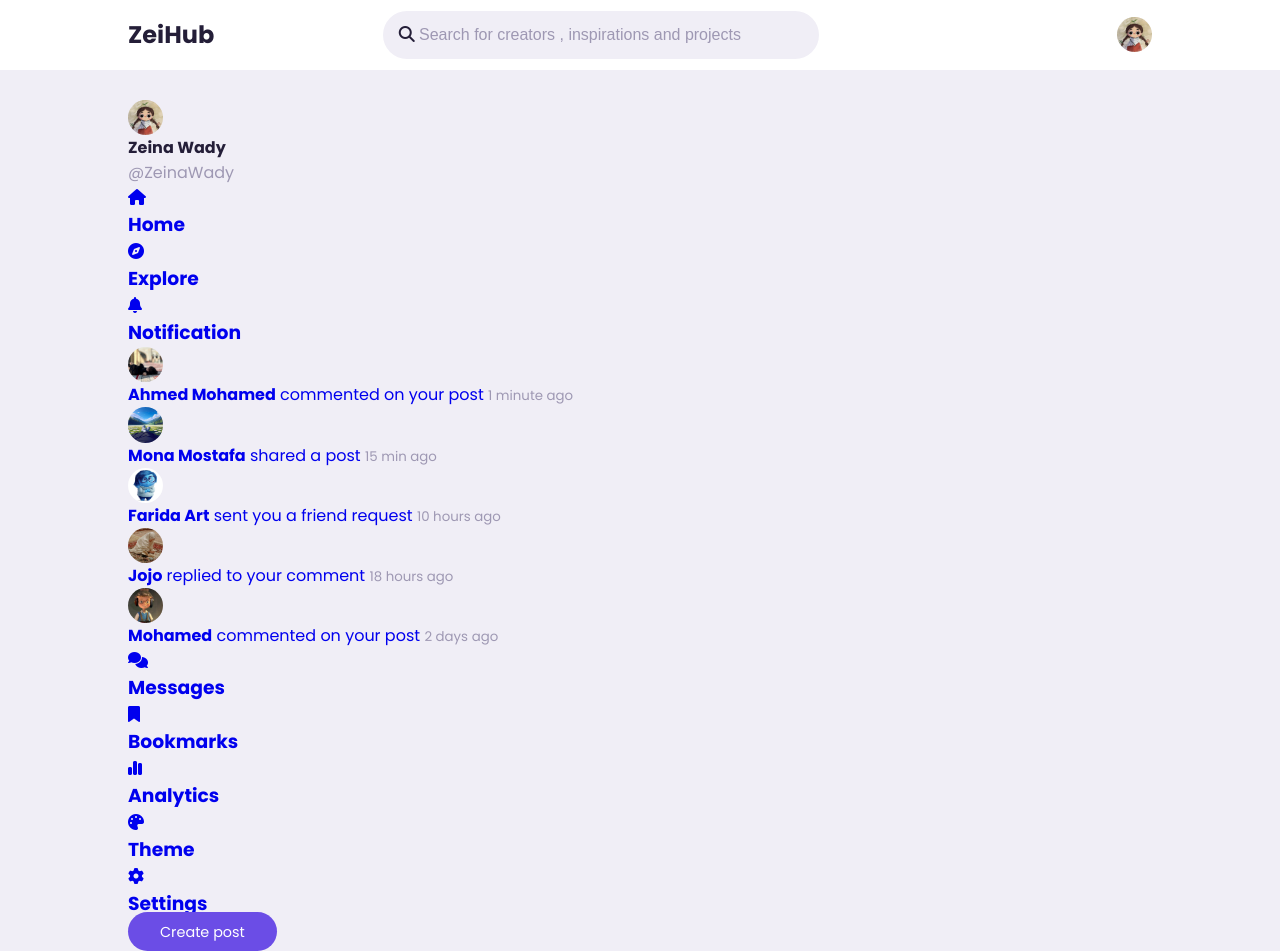
Repository: zeinawady/Social-Media-Template
Page: index.html
The author's editor kept a copy of each file at every save. The page is drawn from the files as they stood at one save, then again after the next save.
The browser window is 1280 px wide. The pictures show the whole page.

Above is the page before, as saved 2025-02-15 02:17:38.

### index.html
<!DOCTYPE html>
<html lang="en">
  <head>
    <meta charset="UTF-8" />
    <meta name="viewport" content="width=device-width, initial-scale=1.0" />
    <title>ZeiHub</title>
    <link rel="stylesheet" href="css/style.css" />
    <link rel="stylesheet" href="css/all.min.css" />
    <link rel="preconnect" href="https://fonts.googleapis.com" />
    <link rel="preconnect" href="https://fonts.gstatic.com" crossorigin />
    <link
      href="https://fonts.googleapis.com/css2?family=Poppins:ital,wght@0,100;0,200;0,300;0,400;0,500;0,600;0,700;0,800;0,900;1,100;1,200;1,300;1,400;1,500;1,600;1,700;1,800;1,900&family=Roboto:ital,wght@0,100..900;1,100..900&display=swap"
      rel="stylesheet"
    />
  </head>
  <body>
    <!-- start nav -->
    <nav>
      <div class="container">
        <h2 class="log">ZeiHub</h2>
        <div class="search-bar">
          <i class="fa-solid fa-magnifying-glass"></i>
          <input
            type="search"
            placeholder="Search for creators , inspirations and projects "
          />
        </div>
        <div class="create">
          <label class="btn nav-btn" for="#create">Create</label>
          <div class="profile-picture">
            <img src="images/girl.jpg" alt="" />
          </div>
        </div>
      </div>
    </nav>
    <!-- end nav -->

    <!-- start main -->
    <main>
      <div class="container">
        <!-- the sections of the main container -->

        <!-- start left -->
        <div class="left">
          <a class="profile">
            <div class="profile-picture">
              <img src="images/girl.jpg" alt="" />
            </div>
            <div class="handle">
              <h4>Zeina Wady</h4>
              <p class="gray-text">@ZeinaWady</p>
            </div>
          </a>
          <aside>
            <a href="#" class="menu-item">
              <span><i class="fa-solid fa-house"></i> <h3>Home</h3></span>
            </a>
            <a href="#" class="menu-item">
              <span><i class="fa-solid fa-compass"></i></i> <h3>Explore</h3></span>
             </a>
             <a href="#" class="menu-item">
              <span><i class="fa-solid fa-bell"></i><h3>Notification</h3></span>
              <div class="notifications-popup">
                <div>
                    <div class="profile-picture">
                        <img src="images/child.jpg" alt="">
                    </div>
                    <div class="notification-body">
                        <b>Ahmed Mohamed</b> commented on your post
                        <small class="gray-text">1 minute ago</small>
                    </div>
                </div>
                <div>
                    <div class="profile-picture">
                        <img src="images/hijabi.jpg" alt="">
                    </div>
                    <div class="notification-body">
                        <b>Mona Mostafa</b> shared a post
                        <small class="gray-text">15 min ago</small>
                    </div>
                </div>
                <div>
                    <div class="profile-picture">
                        <img src="images/insideOut.jpg" alt="">
                    </div>
                    <div class="notification-body">
                        <b>Farida Art</b> sent you a friend request
                        <small class="gray-text">10 hours ago</small>
                    </div>
                </div>
                <div>
                    <div class="profile-picture">
                        <img src="images/babyGirl.jpg" alt="">
                    </div>
                    <div class="notification-body">
                        <b>Jojo</b> replied to your comment
                        <small class="gray-text">18 hours ago</small>
                    </div>
                </div>
                <div>
                    <div class="profile-picture">
                        <img src="images/robinsonjpg.jpg" alt="">
                    </div>
                    <div class="notification-body">
                        <b>Mohamed</b> commented on your post
                        <small class="gray-text">2 days ago</small>
                    </div>
                </div>
              </div>
            </a>
            <a href="#" class="menu-item">
              <span><i class="fa-solid fa-comments"></i><h3>Messages</h3></span>
            </a>
            <a href="#" class="menu-item">
              <span><i class="fa-solid fa-bookmark"></i><h3>Bookmarks</h3></span>
            </a>
            <a href="#" class="menu-item">
              <span><i class="fa-solid fa-chart-simple"></i><h3>Analytics</h3></span>
            </a>
            <a href="#" class="menu-item">
              <span><i class="fa-solid fa-palette"></i><h3>Theme</h3></span>
            </a>
            <a href="#" class="menu-item">
              <span><i class="fa-solid fa-gear"></i><h3>Settings</h3></span>
            </a>
        </aside>
        <label for="create-post" class="btn btn-primary">Create post</label>
        </div>
        <!-- end left -->
        <div class="mid"></div>
        <div class="right"></div>
      </div>
    </main>
    <!-- end main -->
  </body>
</html>

### css/style.css
:root{

    --color-white: hsl(252, 30%, 100%);
    --color-light:hsl(252,30%,95%);
    --color-gray:hsl(252, 15%, 65%);
    --color-primary:hsl(252, 75%, 60%);
    --color-secondary:hsl(252, 100%, 90%);
    --color-success: hsl(120, 95%, 65%);
    --color-danger: hsl(0, 95%, 65%);
    --color-dark: hsl(252, 30%, 17%);
    --color-black:hsl(252, 30%, 10%);
    --transition-speed:0.2s;

    /* --border-radius:2rem;
    --card-border-radius:1rem;
     */
}
*{
    margin: 0;
    padding: 0;
    box-sizing: border-box;
    text-decoration: none;
    list-style: none;
    border: none;
}
body{
    font-family: "Poppins", serif;
    color: var(--color-dark);
    background-color: var(--color-light);
    overflow-x: hidden;
}
/* global */
.container{
    width: 80%;
    margin: 0 auto;
}
.profile-picture{
    width: 2.2rem;
    height: 2.2rem;
    border-radius: 50%;
}
.profile-picture img{
border-radius: 50%;
width: 2.2rem;
height: 2.2rem;
}
.btn{
    /* display: inline-block; */
    padding: 0.6rem 2rem;
    font-weight: 400;
    cursor: pointer;
    border-radius: 200px;
    color: white;
    transition: all var(--transition-speed) ease-in-out;
    font-size: 0.9rem;
}
.btn:hover{
   opacity: 0.8;
}
.gray-text{
    color: var(--color-gray);
}

.btn-primary{
    background-color: var(--color-primary);

}

/* navbar */
nav{
    width: 100%;
    background-color: var(--color-white);
    padding: 0.7rem 0;
    position: fixed;
    top: 0;
    z-index: 100;
}
nav .container{
    display: flex;
    justify-content: space-between;
    align-items: center;

}
nav .search-bar{
background-color: var(--color-light);
padding: 0.7rem 1rem;
border-radius: 2rem;
outline: none;


}
nav .search-bar input{
   background: none;
   outline: none;
   width: 30vw;
   font-size: 1rem;
}
nav .search-bar input::placeholder{
    color: var(--color-gray);
}

.create{
    display: flex;
    align-items: center;
    gap: 1rem;
}


main .container{
    margin-top: 100px;
}

Loaded but not shown: css/all.min.css (library)

After the next save:
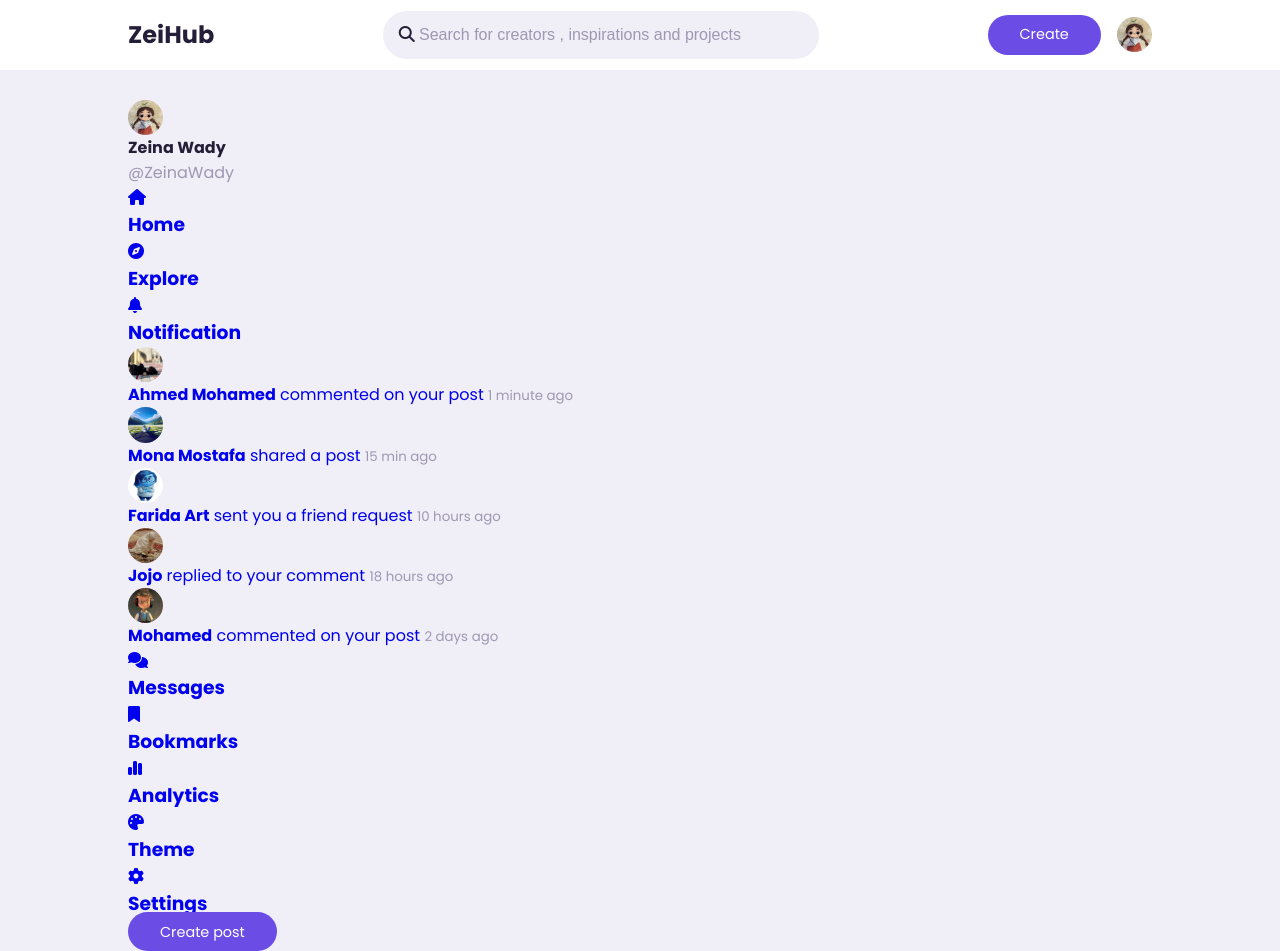
Saved 17 s later.
--- a/index.html
+++ b/index.html
@@ -26,7 +26,7 @@
           />
         </div>
         <div class="create">
-          <label class="btn nav-btn" for="#create">Create</label>
+          <label class="btn btn-primary" for="#create">Create</label>
           <div class="profile-picture">
             <img src="images/girl.jpg" alt="" />
           </div>
